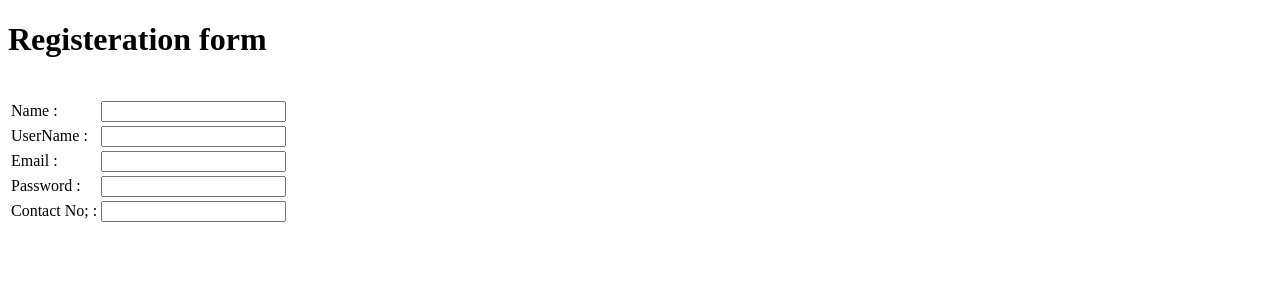
Repository: Vkrishna9135/JSP-2ND-TIME
Page: SERVLETS_FOLDER/Register_Loginvalidation/src/main/webapp/Registeration.html
The author's editor kept a copy of each file at every save. The page is drawn from the files as they stood at one save, then again after the next save.
The browser window is 1280 px wide. The pictures show the whole page.

Above is the page before, as saved 2023-04-11 16:34:54.

After the next save:
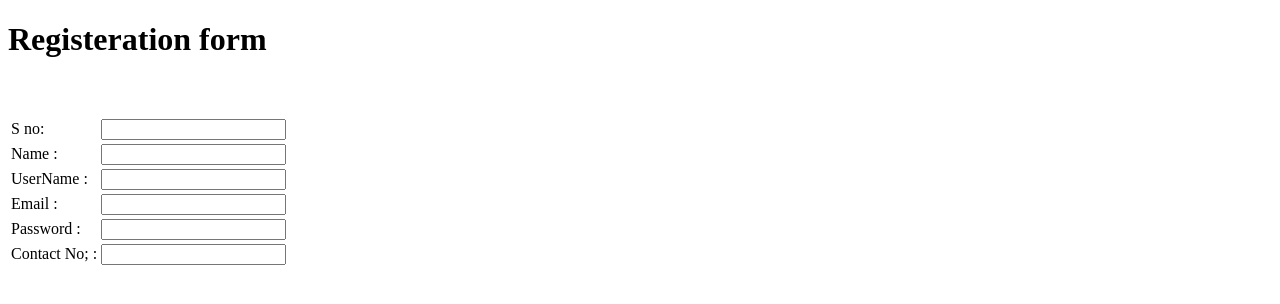
Saved 40 min 34 s later.
--- a/SERVLETS_FOLDER/Register_Loginvalidation/src/main/webapp/Registeration.html
+++ b/SERVLETS_FOLDER/Register_Loginvalidation/src/main/webapp/Registeration.html
@@ -6,6 +6,15 @@
         <form action="fs">
             <table>
                 <h1>Registeration form</h1>
+
+                <tr>
+                <td><label for="">S no:</label></td>
+                <td><input type="text" name="sm"></td>
+               </tr><br>
+
+
+
+
                <tr>
                 <td><label for="">Name :</label></td>
                 <td><input type="text" name="nm"></td>
